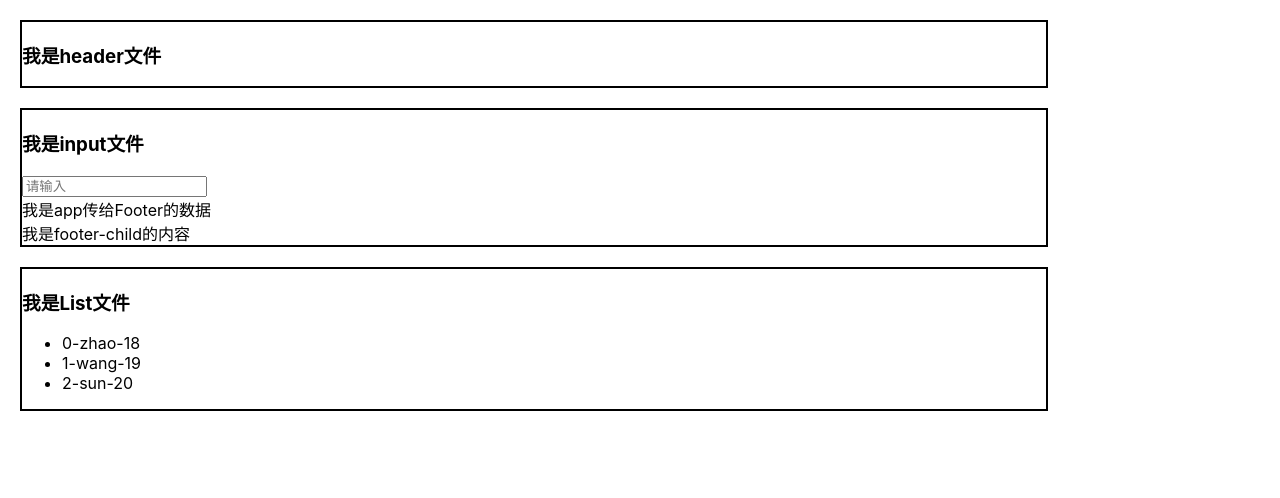
Repository: gy2986589/react-demo
Page: /
An editor plug-in stored every save of this project. The page is shown before and after the next save, followed by the edit.
The browser window is 1280 px wide. The pictures show the whole page.
The project was rebuilt for these pictures with package versions that can differ from the ones it lists, and the page was loaded fresh each time. Also part of the build but not shown: src/components/Like/Like.jsx.

Above is the page before, as saved 2020-07-02 23:07:10.

After the next save:
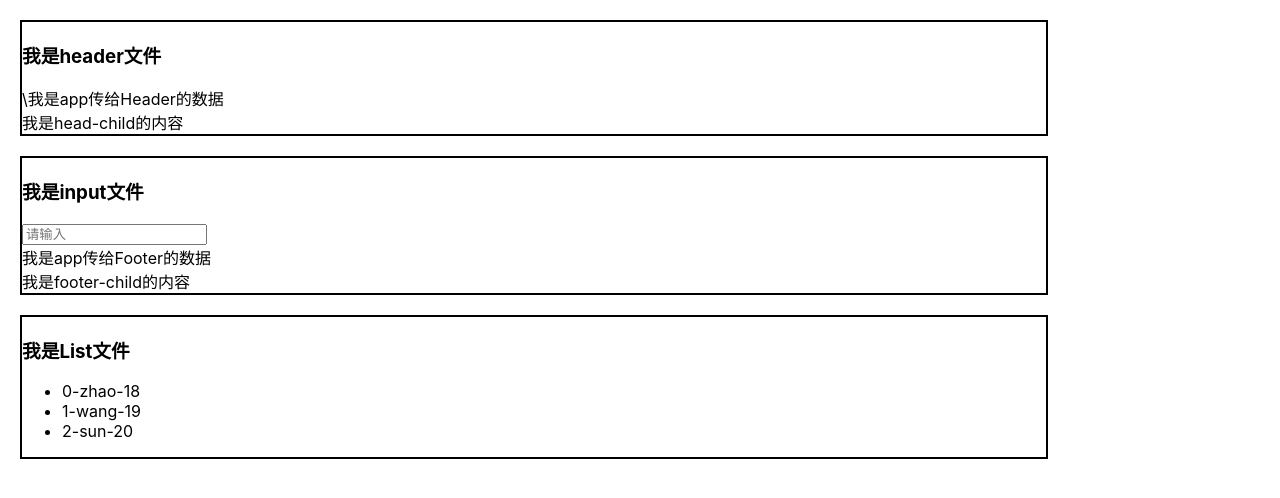
Saved 36 s later.
--- a/src/components/TodoHeader/TodoHeader.js
+++ b/src/components/TodoHeader/TodoHeader.js
@@ -38,20 +38,10 @@ class TodoHeader extends Component {
     render() {
         return (
             <div style={{ width: this.style.width, border: this.style.border, margin: this.style.margin }}>
-                <h3>我是header文件</h3>
-                {
-                    this.style.data.forEach(i => {
-                    return <li>{i.age}</li>
-                    })
-                }
-                {/* {
-                    this.style.data.map(item,index => {
-                        console.log(item)
-                    })
-                } */}
-                {/* {this.props.title ? this.props.title:'hahaha'}
+                <h3>我是header文件</h3> \
+                {this.props.title ? this.props.title:'hahaha'}
                 <br/>
-                {this.props.children} */}
+                {this.props.children}
             </div>
         )
     }
